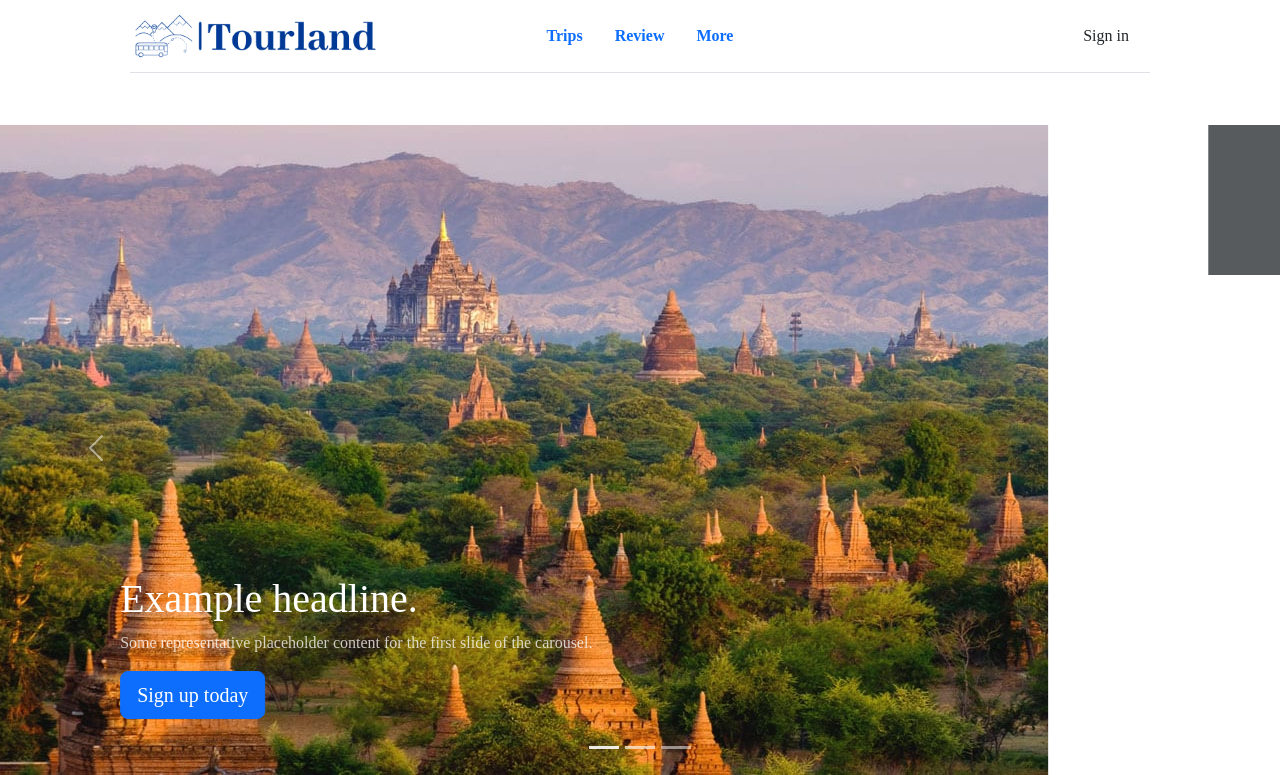
Repository: nyeinsu4520/tourland
Page: http://localhost/index
The author's editor kept a copy of each file at every save. The page is drawn from the files as they stood at one save, then again after the next save.
The browser window is 1280 px wide. The pictures show the whole page.
Some web fonts or font styles are not loaded; a fallback is used. The page is this project's Thymeleaf template; nobody is signed in. The template is opened directly, without the code that normally fills it, so the values that code supplies are empty.

Above is the page before, as saved 2024-05-31 16:54:20.

After the next save:
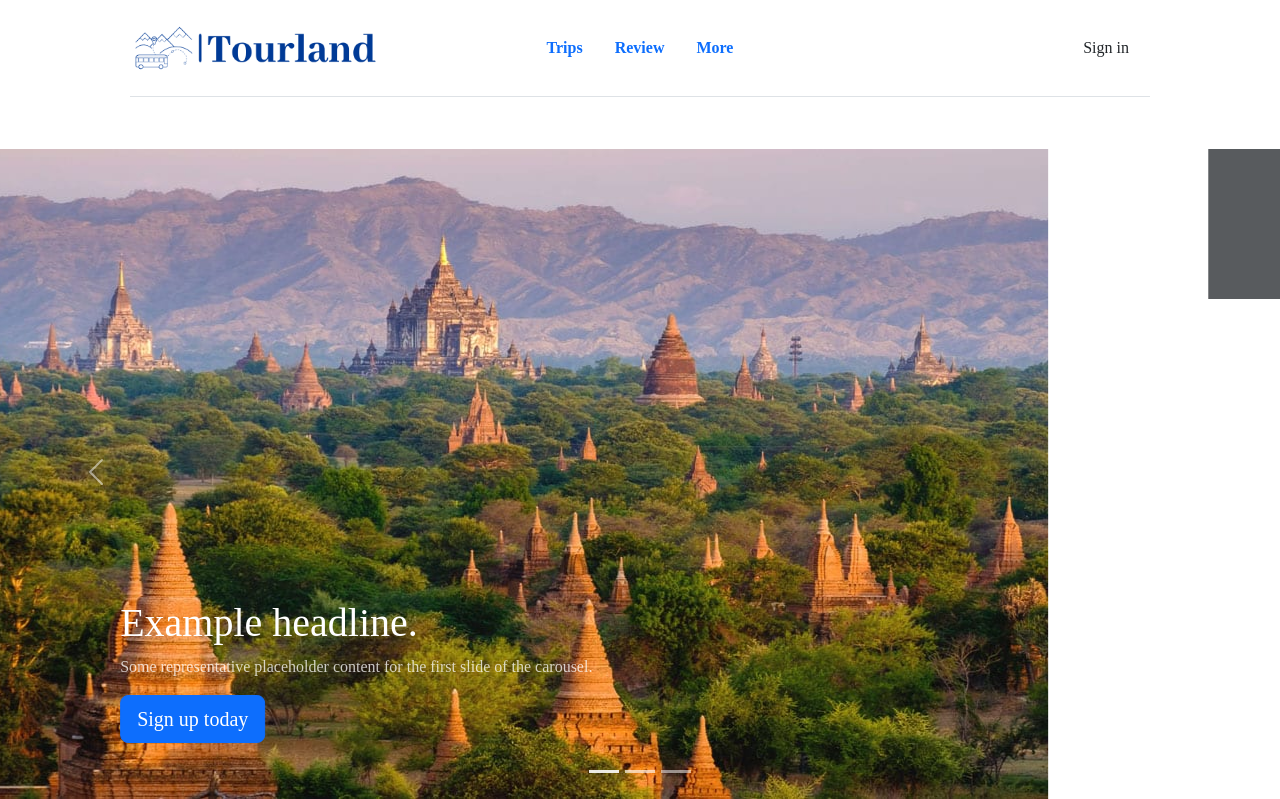
Saved 11 s later.
--- a/Tourland/src/main/resources/templates/index.html
+++ b/Tourland/src/main/resources/templates/index.html
@@ -19,7 +19,7 @@
 
 <div class="container">
       <header
-        class="d-flex flex-wrap align-items-center justify-content-center justify-content-md-between py-1 mx-5 border-bottom"
+        class="d-flex flex-wrap align-items-center justify-content-center justify-content-md-between py-3 mx-5 border-bottom"
       >
         <div class="col-md-3 mb-2 mb-md-0">
           <img class="logo" src="/image/img/tourland1.png" alt="" width="230px" />
